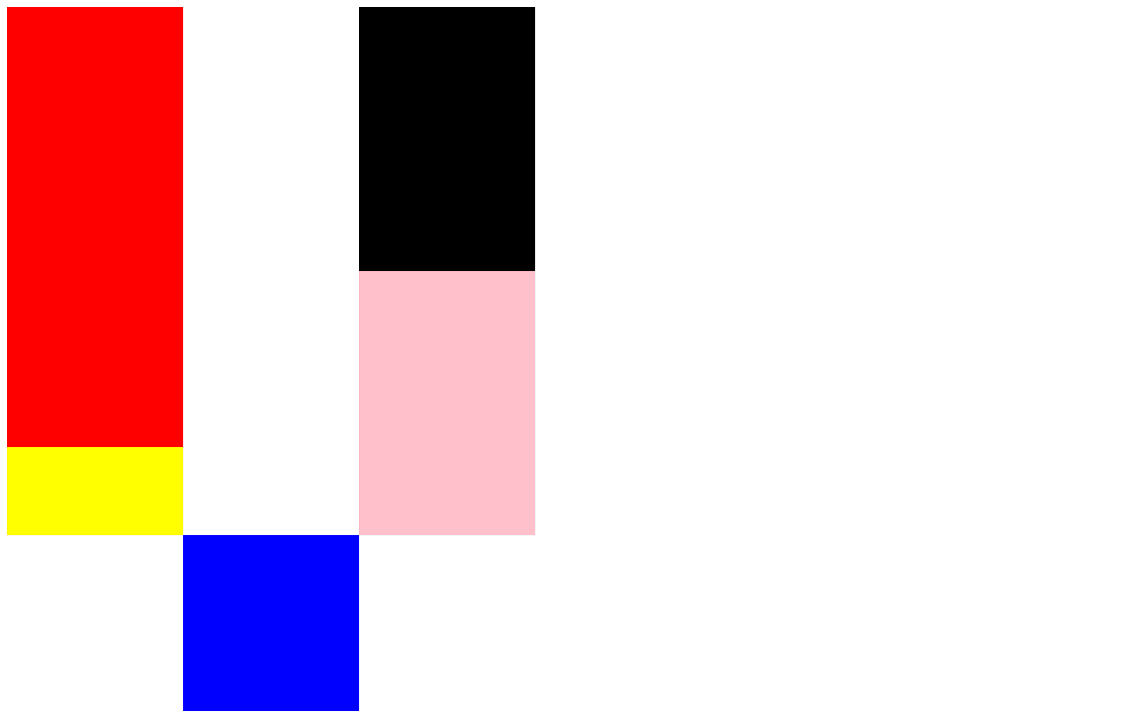
Repository: Seokho96/CSSPractice
Page: css/work01/WebContent/index01.html
These files come from the project's save history. The page is drawn as it stood at one moment and after the next save; the edit follows.
The browser window is 1280 px wide. The pictures show the whole page, at 88% of full size.

Above is the page before, as saved 2020-07-13 07:02:32.

After the next save:
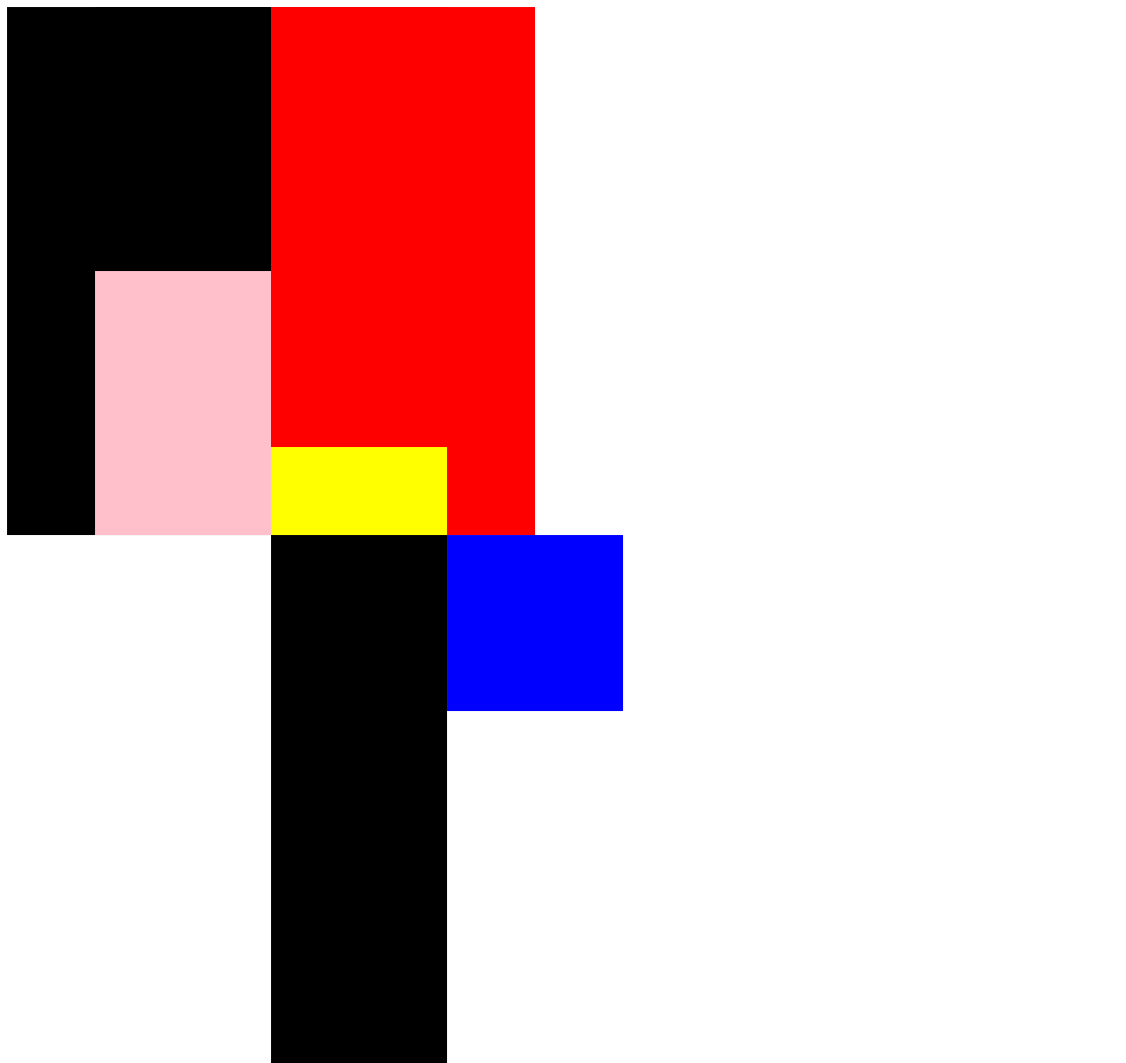
Saved 3 min 59 s later.
--- a/css/work01/WebContent/index01.html
+++ b/css/work01/WebContent/index01.html
@@ -7,10 +7,12 @@
 <style type="text/css">
 
 #fullscreen{
+   display: flex;
    width: 600px;
    height: 600px;
 }
 #right{
+flex: 1;
    width: 200px;
    height: 600px;
    background-color: black;
@@ -28,8 +30,14 @@
    background-color: pink;
    float: right;
 }
-
+#middle{
+   flex: 1;
+   width: 200px;
+   height: 600px;
+   background-color: black;
+}
 #middletop{
+flex: 1;
   width: 200px;
   height: 200px;
   background-color: blue;
@@ -37,6 +45,7 @@
 }
 
 #left{
+flex: 1;
    width: 200px;
    height: 600px;
    background-color: red;
@@ -72,10 +81,10 @@
 </div>
 <div id="leftdown">
 </div>
-
+<div id="middle">
 <div id="middletop"></div>
 <div id="middledown"></div>
-
+</div>
 
 </div>
 
